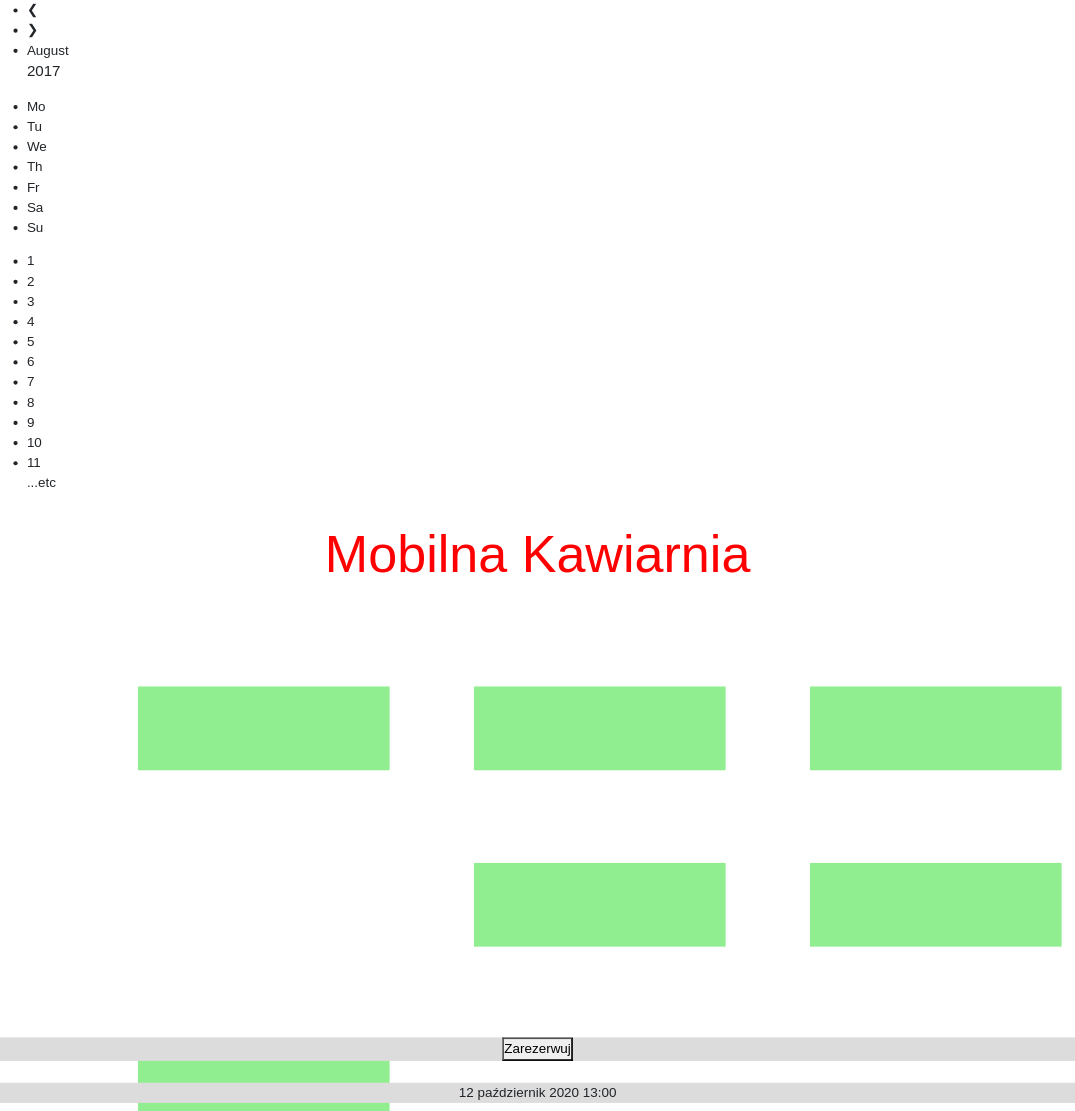
Repository: K009/MobilnaKawiarnia
Page: index.html
These files come from the project's save history. The page is drawn as it stood at one moment and after the next save; the edit follows.
The browser window is 1280 px wide. The pictures show the whole page, at 84% of full size.

Above is the page before, as saved 2020-12-23 17:09:37.

### index.html
<html>
  <head>
    <title>Mobilna Kawiarnia</title>
    <link rel="stylesheet" href="style.css" />
    <script src="scripts.js"></script>
    <link href="https://cdn.jsdelivr.net/npm/bootstrap@5.0.0-beta1/dist/css/bootstrap.min.css" rel="stylesheet" integrity="sha384-giJF6kkoqNQ00vy+HMDP7azOuL0xtbfIcaT9wjKHr8RbDVddVHyTfAAsrekwKmP1" crossorigin="anonymous">
    <script src="https://cdn.jsdelivr.net/npm/bootstrap@5.0.0-beta1/dist/js/bootstrap.bundle.min.js" integrity="sha384-ygbV9kiqUc6oa4msXn9868pTtWMgiQaeYH7/t7LECLbyPA2x65Kgf80OJFdroafW" crossorigin="anonymous"></script>
  </head>
  <body>
    <div class="month">
        <ul>
          <li class="prev">&#10094;</li>
          <li class="next">&#10095;</li>
          <li>August<br><span style="font-size:18px">2017</span></li>
        </ul>
      </div>

      <ul class="weekdays">
        <li>Mo</li>
        <li>Tu</li>
        <li>We</li>
        <li>Th</li>
        <li>Fr</li>
        <li>Sa</li>
        <li>Su</li>
      </ul>

      <ul class="days">
        <li>1</li>
        <li>2</li>
        <li>3</li>
        <li>4</li>
        <li>5</li>
        <li>6</li>
        <li>7</li>
        <li>8</li>
        <li>9</li>
        <li><span class="active">10</span></li>
        <li>11</li>
        ...etc
      </ul>
    <div class="main">
        <div class="logo">
          <h1><a href="">Mobilna Kawiarnia</a></h1>
        </div>

        <div id="center">

            <div class="tableUp">
                <svg class ="table" width="300" height="110">
                    <rect class ="table" width="300" height="100"/>
                  </svg>
            </div>

            <div class="tableUp">
                <svg width="300" height="110">
                    <rect class ="table" width="300" height="100"/>
                  </svg>
            </div>

            <div class="tableUp">
                <svg width="300" height="110">
                    <rect class ="table" width="300" height="100"/>
                  </svg>
            </div>

            <div class="tableUp">
                <svg width="300" height="110">
                    <rect class ="table" width="300" height="100"/>
                </svg>
            </div>

            <div class="tableUp">
                <svg width="300" height="110">
                    <rect class ="table" width="300" height="100"/>
                </svg>
            </div>

            <div class="tableUp">
                <svg width="300" height="110">
                    <rect class ="table" width="300" height="100" />
                </svg>
            </div>

        </div>

        <div id="bottomButton">
            <button id="submitDate" onclick="submit(this.id)">Zarezerwuj</button>
        </div>

        <div id="bottomMenu">
            12 październik 2020     13:00
        </div>


    </div>

    <script>

    </script>
  </body>
</html>

### style.css
* {
  margin: 0;
  padding: 0;
  font-family: sans-serif;
}
.main {
  width: 100%;
  height: 100vh;
  position: relative;
  overflow: hidden;
  background: white;
}
.logo {
  flex-basis: 20%;
}
.logo h1 {
  text-align: center;
  color: red;
  font-size: 62px;
  margin: 20 20px;
}
.logo h1 a {
  text-decoration: none;
  color: red;
}
#center {
  margin-left: 5%;
}
.tableUp {
  margin: 100 0 0 100px;
  float: left;
}
.table {
  fill: #90ee90;
}
.table:hover {
  fill: #88e388;
}
#bottomButton {
  background-color: gainsboro;
  text-align: center;
  position: absolute;
  width: 100%;
  bottom: 60px;
}
#submitDate {
  font-size: 16px;
}
#bottomMenu {
  background-color: gainsboro;
  text-align: center;
  position: absolute;
  width: 100%;
  bottom: 10px;
}

### scripts.js
console.log('xxdd');

// let submitButton = document.getElementById('submitDate');

// submitButton.onclick = function () {
//   console.log('klikniety!!');
// };

function submit(clicked_id) {
  console.log(clicked_id);
}

After the next save:
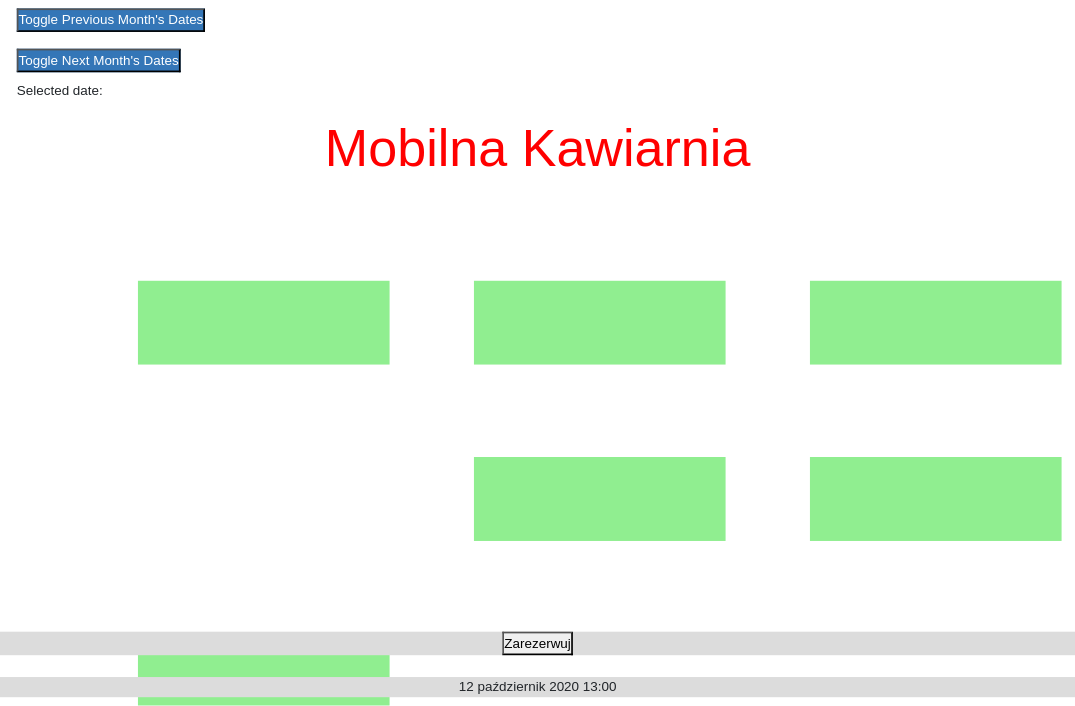
Console error: ReferenceError: YUI is not defined
Saved 5 s later.
--- a/index.html
+++ b/index.html
@@ -7,38 +7,81 @@
     <script src="https://cdn.jsdelivr.net/npm/bootstrap@5.0.0-beta1/dist/js/bootstrap.bundle.min.js" integrity="sha384-ygbV9kiqUc6oa4msXn9868pTtWMgiQaeYH7/t7LECLbyPA2x65Kgf80OJFdroafW" crossorigin="anonymous"></script>
   </head>
   <body>
-    <div class="month">
-        <ul>
-          <li class="prev">&#10094;</li>
-          <li class="next">&#10095;</li>
-          <li>August<br><span style="font-size:18px">2017</span></li>
-        </ul>
+      <!-- Add an additional blue button style -->
+<style>
+    .yui3-button {
+        margin:10px 0px 10px 0px;
+        color: #fff;
+        background-color: #3476b7;
+    }
+    </style>
+
+    <div id="demo" class="yui3-skin-sam yui3-g"> <!-- You need this skin class -->
+
+      <div id="leftcolumn" class="yui3-u">
+         <!-- Container for the calendar -->
+         <div id="mycalendar"></div>
       </div>
+      <div id="rightcolumn" class="yui3-u">
+       <div id="links" style="padding-left:20px;">
+          <!-- The buttons are created simply by assigning the correct CSS class -->
+          <button id="togglePrevMonth" class="yui3-button">Toggle Previous Month's Dates</button><br>
+          <button id="toggleNextMonth" class="yui3-button">Toggle Next Month's Dates</button><br>
+          Selected date: <span id="selecteddate"></span>
+       </div>
+      </div>
+    </div>
 
-      <ul class="weekdays">
-        <li>Mo</li>
-        <li>Tu</li>
-        <li>We</li>
-        <li>Th</li>
-        <li>Fr</li>
-        <li>Sa</li>
-        <li>Su</li>
-      </ul>
+    <script type="text/javascript">
+    YUI().use('calendar', 'datatype-date', 'cssbutton',  function(Y) {
 
-      <ul class="days">
-        <li>1</li>
-        <li>2</li>
-        <li>3</li>
-        <li>4</li>
-        <li>5</li>
-        <li>6</li>
-        <li>7</li>
-        <li>8</li>
-        <li>9</li>
-        <li><span class="active">10</span></li>
-        <li>11</li>
-        ...etc
-      </ul>
+        // Create a new instance of calendar, placing it in
+        // #mycalendar container, setting its width to 340px,
+        // the flags for showing previous and next month's
+        // dates in available empty cells to true, and setting
+        // the date to today's date.
+        var calendar = new Y.Calendar({
+          contentBox: "#mycalendar",
+          width:'340px',
+          showPrevMonth: true,
+          showNextMonth: true,
+          date: new Date()}).render();
+
+        // Get a reference to Y.DataType.Date
+        var dtdate = Y.DataType.Date;
+
+        // Listen to calendar's selectionChange event.
+        calendar.on("selectionChange", function (ev) {
+
+          // Get the date from the list of selected
+          // dates returned with the event (since only
+          // single selection is enabled by default,
+          // we expect there to be only one date)
+          var newDate = ev.newSelection[0];
+
+          // Format the date and output it to a DOM
+          // element.
+          Y.one("#selecteddate").setHTML(dtdate.format(newDate));
+        });
+
+
+        // When the 'Show Previous Month' link is clicked,
+        // modify the showPrevMonth property to show or hide
+        // previous month's dates
+        Y.one("#togglePrevMonth").on('click', function (ev) {
+          ev.preventDefault();
+          calendar.set('showPrevMonth', !(calendar.get("showPrevMonth")));
+        });
+
+        // When the 'Show Next Month' link is clicked,
+        // modify the showNextMonth property to show or hide
+        // next month's dates
+        Y.one("#toggleNextMonth").on('click', function (ev) {
+          ev.preventDefault();
+          calendar.set('showNextMonth', !(calendar.get("showNextMonth")));
+        });
+    });
+    </script>
     <div class="main">
         <div class="logo">
           <h1><a href="">Mobilna Kawiarnia</a></h1>
